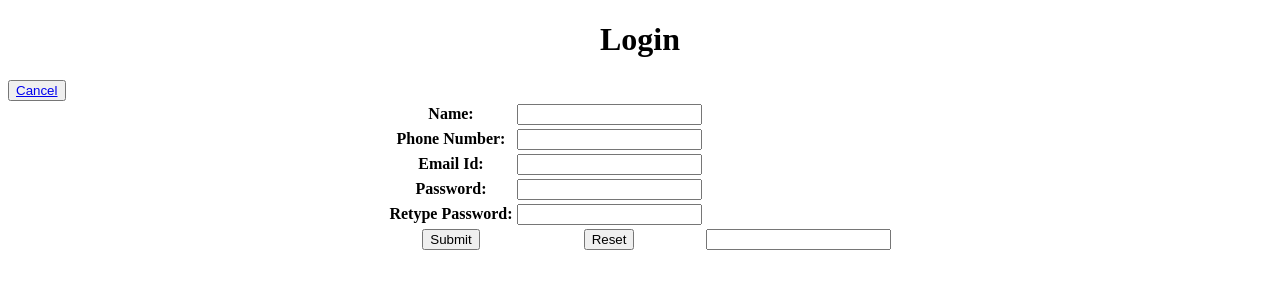
Repository: Sourabhmag/week-5
Page: http://localhost/LoginApp/register.jsp
The author's editor kept a copy of each file at every save. The page is drawn from the files as they stood at one save, then again after the next save.
The browser window is 1280 px wide. The pictures show the whole page.
The page is served by Tomcat 9. Other server files are loaded and not shown.

Above is the page before, as saved 2019-11-06 11:10:18.

### LoginApp/WebContent/register.jsp
<%@ page language="java" contentType="text/html; charset=UTF-8"
    pageEncoding="UTF-8"%>
<!DOCTYPE html>
<html>
<head>
<style type="text/css">
	h1 {text-align:center;}
</style>
<meta charset="UTF-8">
<title>Registration page</title>
</head>
<body>
	<h1>Login</h1>
	<form action="register.jsp" method="get">
	<table align="center">
		<tr><th >Name:</th> <th ><input type="text" name="firstname"></th></tr>
		<tr><th >Phone Number:</th> <th ><input type="number" name="firstname"></th></tr>
		<tr><th >Email Id:</th> <th ><input type="text" name="firstname"></th></tr>
		<tr><th >Password:</th> <th ><input type="password" name="firstname"></th></tr>
		<tr><th >Retype Password:</th> <th ><input type="password" name="firstname"></th></tr>
		<tr>
			<th ><input type="submit" name="submit"></th>
			<th ><input type="reset" name="Clear"></th>
			<button><a href="login.jsp"> Cancel </a></button>
			<th ><input type="" name="Clear"></th>
		</tr>
	</table>
	</form>
</body>
</html>

After the next save:
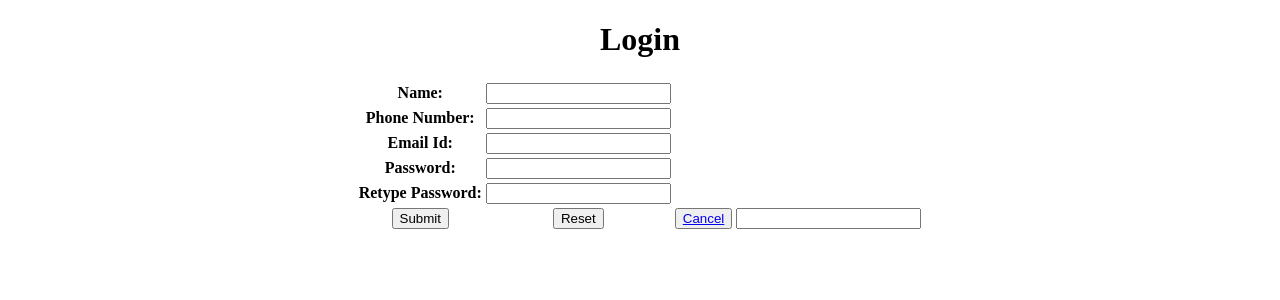
Saved 17 s later.
--- a/LoginApp/WebContent/register.jsp
+++ b/LoginApp/WebContent/register.jsp
@@ -21,7 +21,7 @@
 		<tr>
 			<th ><input type="submit" name="submit"></th>
 			<th ><input type="reset" name="Clear"></th>
-			<button><a href="login.jsp"> Cancel </a></button>
+			<th><button><a href="login.jsp"> Cancel </a></button></th>
 			<th ><input type="" name="Clear"></th>
 		</tr>
 	</table>
